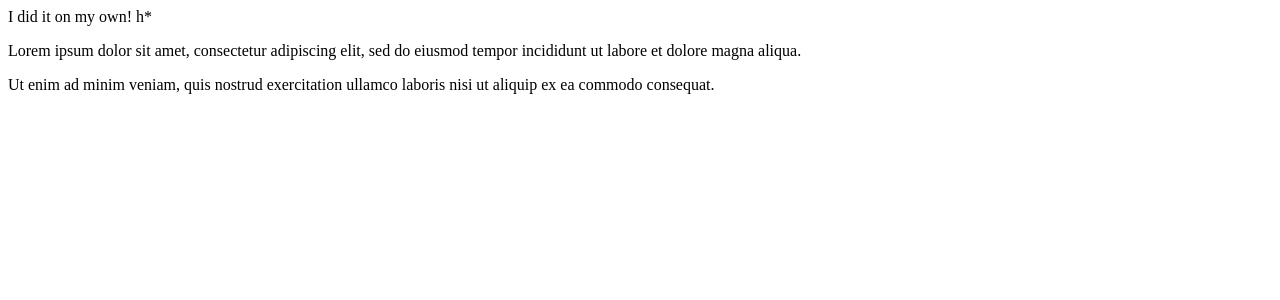
Repository: nashthecoder/code4days
Page: html_boilerplate/index.html
The author's editor kept a copy of each file at every save. The page is drawn from the files as they stood at one save, then again after a run of saves.
The browser window is 1280 px wide. The pictures show the whole page.

Above is the page before, as saved 2023-03-16 14:37:23.

### html_boilerplate/index.html
<!DOCTYPE html>
<html lang="en">

<head>
    <meta charset="utf-8">
    <title>This is my First Webpage</title>
</head>

<body>
    I did it on my own!
</body>
h*
<p>Lorem ipsum dolor sit amet, consectetur adipiscing elit, sed do eiusmod tempor incididunt ut labore et dolore magna
    aliqua.
</p>
<p>Ut enim ad minim veniam, quis nostrud exercitation ullamco laboris nisi ut aliquip ex ea commodo consequat.
</p>

</html>

After the next 4 saves:
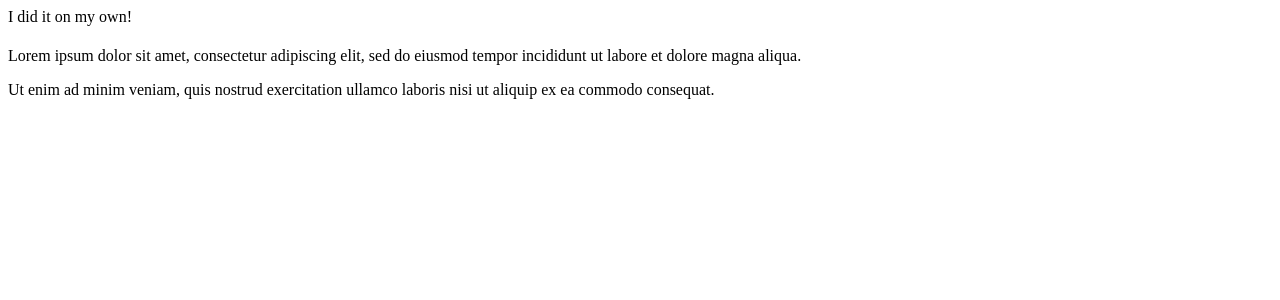
The 4 saves are shown as one change because they came seconds apart.
The last was saved 11 s later.
--- a/html_boilerplate/index.html
+++ b/html_boilerplate/index.html
@@ -9,7 +9,12 @@
 <body>
     I did it on my own!
 </body>
-h*
+<h1></h1>
+<h2></h2>
+<h></h>
+<h></h>
+<h></h>
+<h></h>
 <p>Lorem ipsum dolor sit amet, consectetur adipiscing elit, sed do eiusmod tempor incididunt ut labore et dolore magna
     aliqua.
 </p>
